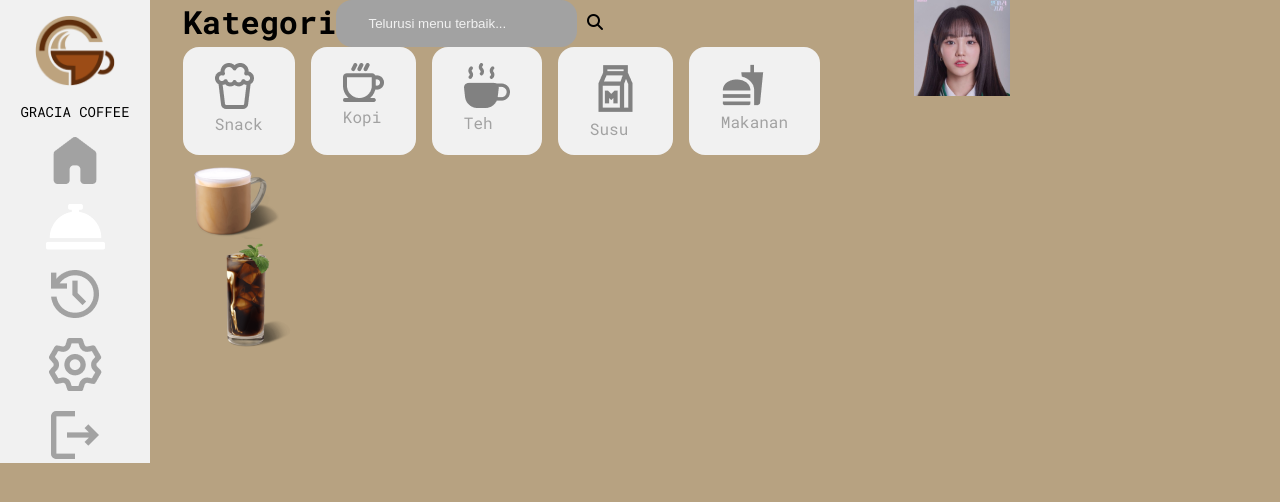
Repository: DanielChuaaa/sbd2
Page: index.html
The author's editor kept a copy of each file at every save. The page is drawn from the files as they stood at one save, then again after the next save.
The browser window is 1280 px wide. The pictures show the whole page.
Some web libraries are served in a nearby version.

Above is the page before, as saved 2023-10-20 11:13:31.

### index.html
<!DOCTYPE html>
<html lang="en">
<head>
    <meta charset="UTF-8">
    <meta name="viewport" content="width=device-width, initial-scale=1.0">
    <title>Document</title>
    <link href="https://fonts.googleapis.com/css2?family=Roboto+Mono:wght@400;600;700&display=swap" rel="stylesheet" />
    <link
      rel="stylesheet"
      href="https://cdnjs.cloudflare.com/ajax/libs/font-awesome/6.1.2/css/all.min.css"
      integrity="sha512-1sCRPdkRXhBV2PBLUdRb4tMg1w2YPf37qatUFeS7zlBy7jJI8Lf4VHwWfZZfpXtYSLy85pkm9GaYVYMfw5BC1A=="
      crossorigin="anonymous"
      referrerpolicy="no-referrer"
    />
    <link rel="stylesheet" href="style.css">
</head>
<body>
    <div class="container">
        <div class="grid-wrapper">
            <div class="iconParent">
                <img src="/assets/logo projek SBD 1.png" class="icon" width="80px" height="70px" alt="logo">
                <p>GRACIA COFFEE</p>
                <a href="#"><img src="./assets/home.png" alt="home"></a>
                <a href="#"><img src="./assets/menu.png" alt="menu"></a>
                <a href="#"><img src="./assets/history.png" alt="history"></a>
                <a href="#"><img src="./assets/setting.png" alt="setting"></a>

                <a href="#"><img src="./assets/logout.png" alt="logout"></a>
            </div>

            <div class="content">
                <div class="nav">
                    <h1>Kategori</h1>
                    <div class="inputWrapper">
                        <input type="text" name="text" id="text" class="input" placeholder="Telurusi menu terbaik...">
                        <i class="fa-solid fa-magnifying-glass"></i>
                    </div>
                </div>

                <div class="menu">
                    <div class="iconMenu"><a href="#"><img src="./assets/popcorn.png" alt="popcorn"></a>
                        <p>Snack</p>
                    </div>
                    <div class="iconMenu"><a href="#"><img src="./assets/kopi.png" alt="kopi"></a>
                        <p>Kopi</p>
                    </div>
                    <div class="iconMenu"><a href="#"><img src="./assets/teh.png" alt="teh"></a>
                        <p>Teh</p>
                    </div>
                    <div class="iconMenu"><a href="#"><img src="./assets/susu.png" alt="susu"></a>
                        <p>Susu</p>
                    </div>
                    <div class="iconMenu"><a href="#"><img src="./assets/makanan.png" alt="makanan"></a>
                        <p>Makanan</p>
                    </div>
                </div>

                <div class="orderMenu">
                    <div class="menu1">
                        <img src="./assets/Vanilla Latte_LongShadow_Cream_1 1.png" alt="">
                    </div>
                    <div class="menu2"><img src="./assets/10032021_Vietnamese_LS-min 1.png" alt=""></div>
                </div>
            </div>

            <div class="order">
                <img src="/assets/g_8___8_idola_cantik_berbakat_alumni_sm_entertainment_yang_sudah_debut_di_girlgroup_agensi_lain_p_eks_sm_trainee-20220408-001-non_fotografer_kly 1.png" alt="">
            </div>
        </div>
    </div>
</body>
</html>

### style.css
:root{
    --clr-primary-100: #B7A281;

    --clr-neutral-100: #818181;
    --clr-neutral-200: #A2A2A2;
    --clr-neutral-300: #D9D9D9;
    --clr-neutral-400: #F8F8F8;
    --clr-neutral-500:  #f1f1f1;

    --ff: "Roboto Mono", monospace;

    --fw-regular: 400;
    --fw-semi-bold: 600;
    --fw-bold: 700;
}

*{
    box-sizing: border-box;
    margin: 0;
    padding: 0;
}

body{
    font-family: var(--ff);
    background-color: #B7A281;
}

.grid-wrapper{
    display: grid;
    grid-template-columns: 0.5fr 2fr 1fr;
}

.iconParent{
    background: var(--clr-neutral-500);

    display: flex;
    flex-direction: column;
    align-items: center;
    max-width: 150px;
    height: auto;
    gap: 1rem;
}

.iconParent p{
    font-size: 14px;
}

.icon{
    margin-top: 1rem;
}


/* content */

.nav{
    display: flex;

}

.input{
    background: var(--clr-neutral-200);

    border: none;
    padding: 1rem 2rem;
    border-radius: 1rem;

}

::placeholder{
    color: var(--clr-neutral-500);
}

.menu{
    display: flex;
    gap: 1rem;
}

.iconMenu{
    background: var(--clr-neutral-500);

    padding: 1rem 2rem;
    border-radius: 1rem;
}

.iconMenu p{
    color: var(--clr-neutral-200);
}

After the next save:
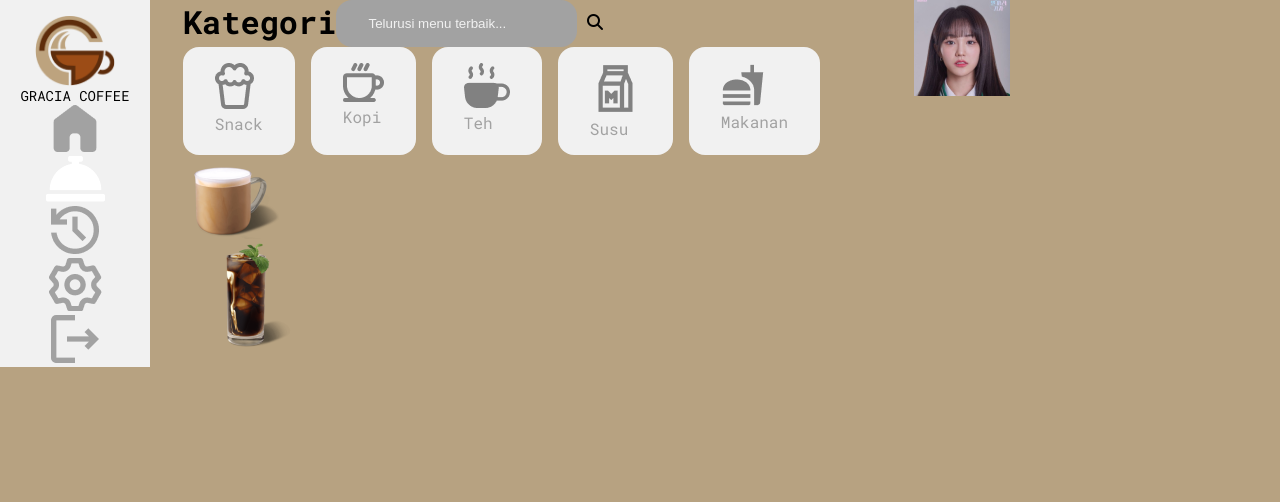
Saved 16 s later.
--- a/style.css
+++ b/style.css
@@ -38,7 +38,7 @@ body{
     align-items: center;
     max-width: 150px;
     height: auto;
-    gap: 1rem;
+
 }
 
 .iconParent p{

After the save that followed:
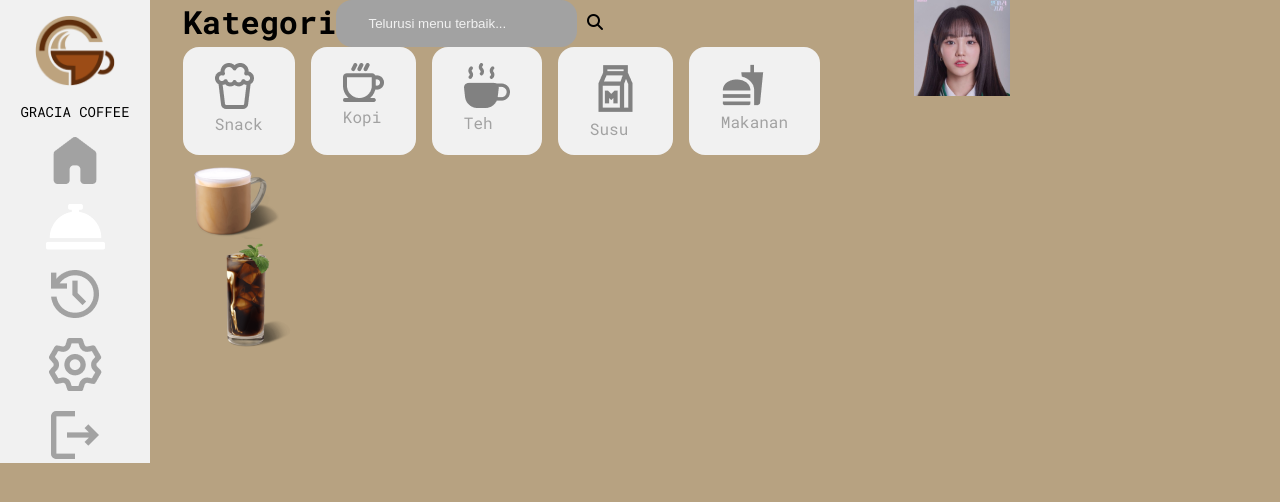
Saved 11 s later.
--- a/style.css
+++ b/style.css
@@ -38,7 +38,7 @@ body{
     align-items: center;
     max-width: 150px;
     height: auto;
-
+    gap: 1rem;
 }
 
 .iconParent p{
